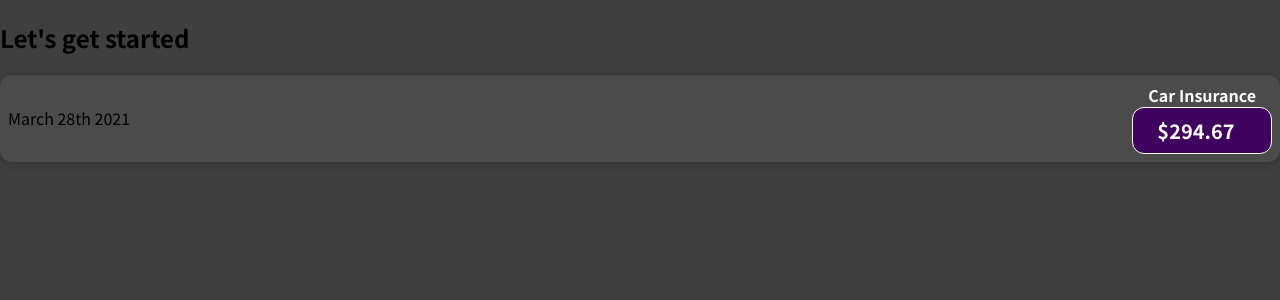
Repository: runner855/expense-tracker
Page: /
An editor plug-in stored every save of this project. The page is shown before and after the next save, followed by the edit.
The browser window is 1280 px wide. The pictures show the whole page.
The project was rebuilt for these pictures with package versions that can differ from the ones it lists, and the page was loaded fresh each time.

Above is the page before, as saved 2022-09-02 11:19:43.

After the next save:
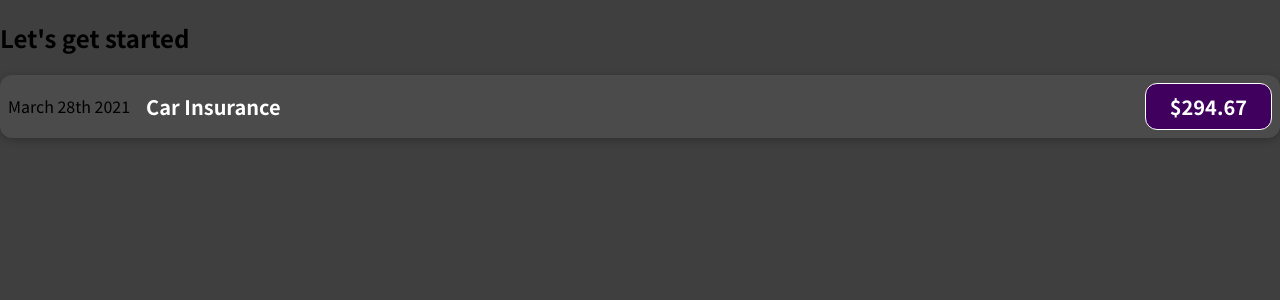
Saved 46 s later.
--- a/src/components/ExpenseItem.js
+++ b/src/components/ExpenseItem.js
@@ -6,7 +6,7 @@ const ExpenseItem = () => {
   return (
     <div className='expense-item'>
       <div>March 28th 2021</div>
-      <div>
+      <div className='expense-item__description'>
         <h2>Car Insurance</h2>
         <div className='expense-item__price'>$294.67</div>
       </div>
